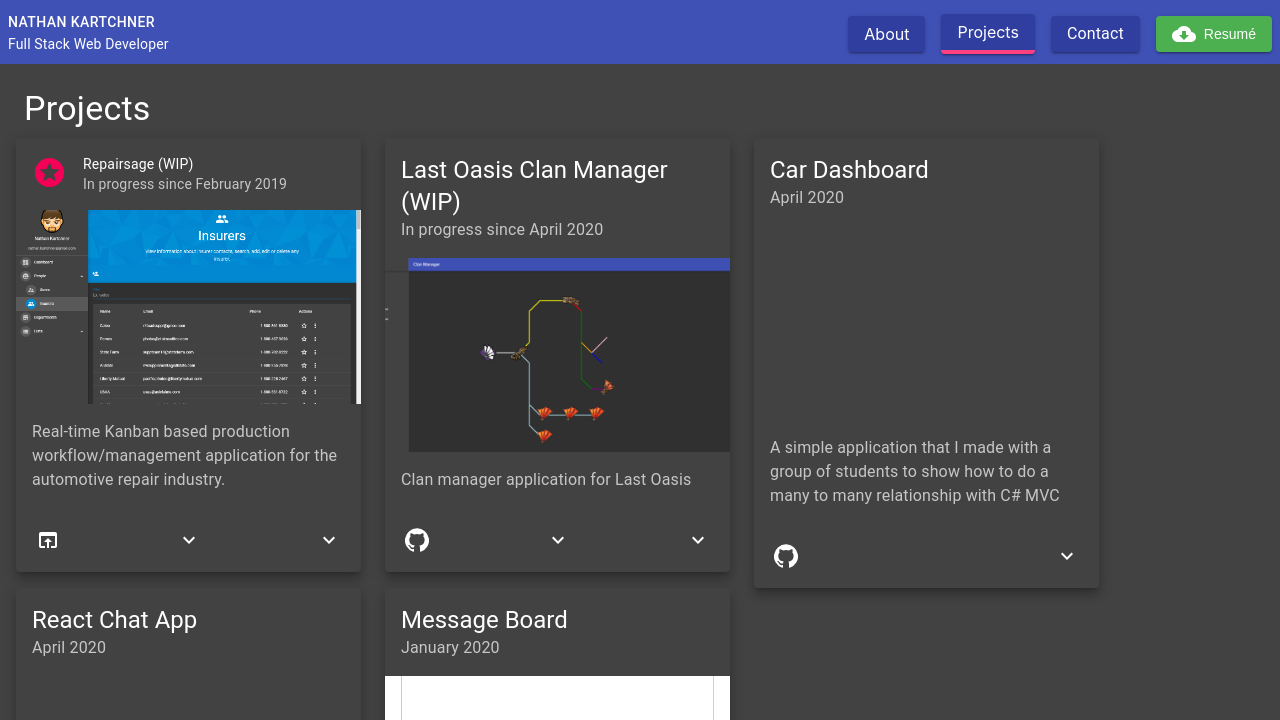
Repository: nkartchner/portfolio
Page: /projects
The author's editor kept a copy of each file at every save. The page is drawn from the files as they stood at one save, then again after the next save.
The browser window is 1280 px wide. The pictures show the whole page.
An inner scrolling area shows only its first screen. The project was rebuilt for these pictures with package versions that can differ from the ones it lists, and the page was loaded fresh each time. Also part of the build but not shown: src/Home/Landing.tsx, src/Core/Tooltip.tsx, src/About/AboutMe.tsx, src/Contact/Contact.tsx, src/Contact/ContactMenu.tsx, src/Navigation/Menus/MobileNavMenu.tsx. Imported but missing from the stored project, and not drawn on this page: src/Home/media/dyno.mp4, src/Home/media/dyno_converted.webm.

Above is the page before, as saved 2020-07-04 14:04:39.

After the next save:
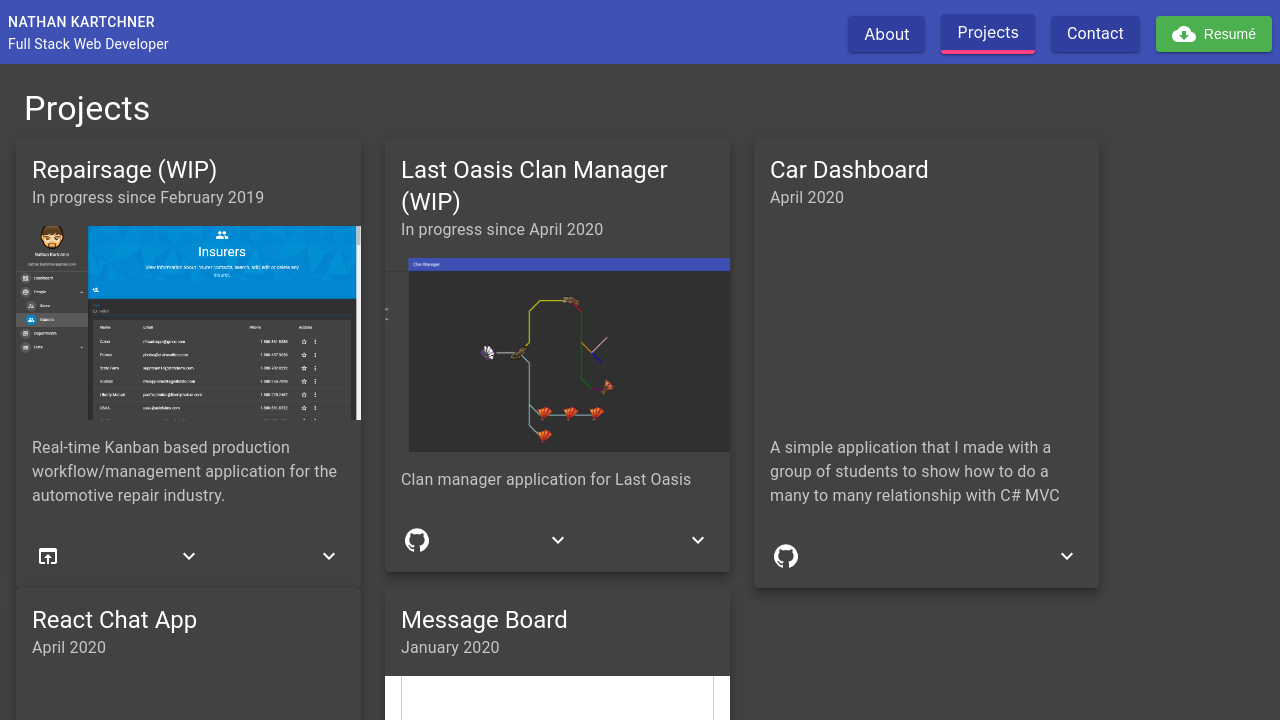
Saved 4 min 10 s later.
--- a/src/Projects/Projects.tsx
+++ b/src/Projects/Projects.tsx
@@ -66,7 +66,7 @@
       </Typography>
     ),
     inProgress: true,
-    highlight: true,
+    avatar: TechIcons.Angular10,
     startDate: new Date(Date.parse("02/01/2019")),
     technologies: [
       TechIcons.Angular10,
@@ -76,6 +76,7 @@
       TechIcons.Scss,
       TechIcons.SocketIO,
       TechIcons.Typescript,
+      TechIcons.Aws,
     ],
     links: {
       website: "https://314solutions.info",
@@ -108,7 +109,6 @@
       TechIcons.Scss,
       TechIcons.Js,
     ],
-    highlight: false,
     inProgress: true,
     links: {
       github: "https://github.com/nkartchner/LastOasis_ClanManager",
@@ -124,8 +124,8 @@
       </Typography>
     ),
     startDate: new Date(Date.parse("04/05/2020")),
-    technologies: [],
-    highlight: false,
+    avatar: TechIcons.CSharp,
+    technologies: [TechIcons.CSharp, TechIcons.Razor, TechIcons.MySql],
     inProgress: false,
     links: {
       github: "https://github.com/nkartchner/CarsDashboard",
@@ -136,13 +136,13 @@
     title: "React Chat App",
     shortDesc: (
       <Typography variant="body1">
-        An application that I made while learning how to integrate SocketIO with
+        An application that I made to learn how to integrate SocketIO with
         React.
       </Typography>
     ),
     startDate: new Date(Date.parse("04/05/2020")),
-    technologies: [],
-    highlight: false,
+    technologies: [TechIcons.React, TechIcons.SocketIO, TechIcons.Js],
+    avatar: TechIcons.React,
     inProgress: false,
     links: {
       github: "https://github.com/nkartchner/ReactChat",
@@ -158,10 +158,10 @@
         Javascript stack
       </Typography>
     ),
+    avatar: TechIcons.Js,
     inProgress: false,
-    highlight: false,
     startDate: new Date(Date.parse("01/01/2020")),
-    technologies: [],
+    technologies: [TechIcons.Js, TechIcons.Express, TechIcons.Mongo],
     links: {
       github: "https://github.com/nkartchner/MessageBoard",
     },
